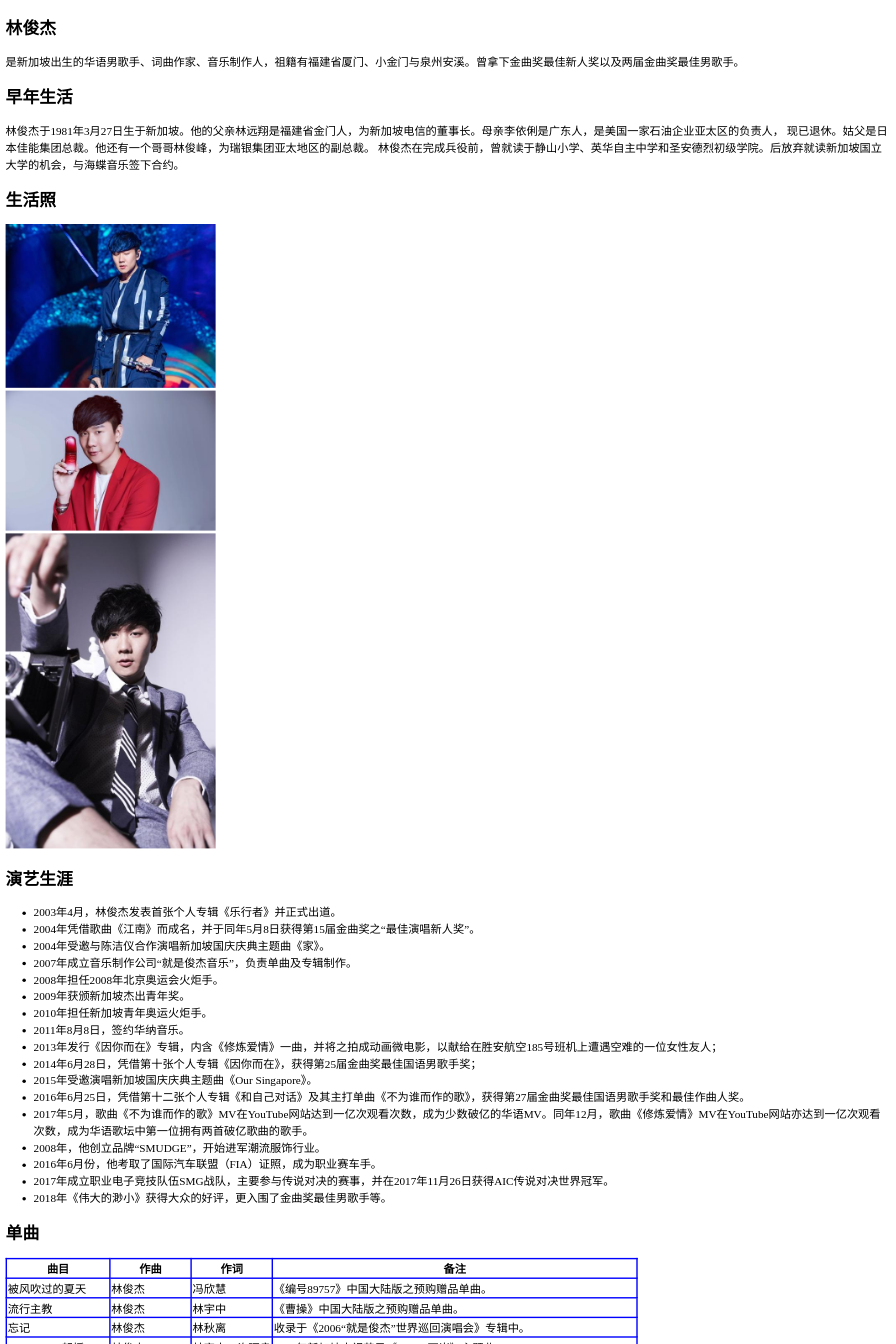
Repository: chenguocan/html_work
Page: html_work.html
These files come from the project's save history. The page is drawn as it stood at one moment and after the next save; the edit follows.
The browser window is 1280 px wide. The pictures show the part of the page from y = 0 to 1920 px (the page is 2874 px tall before and 2906 px after), at 70% of full size.

Above is the page before, as saved 2020-06-26 10:48:54.

After the next save:
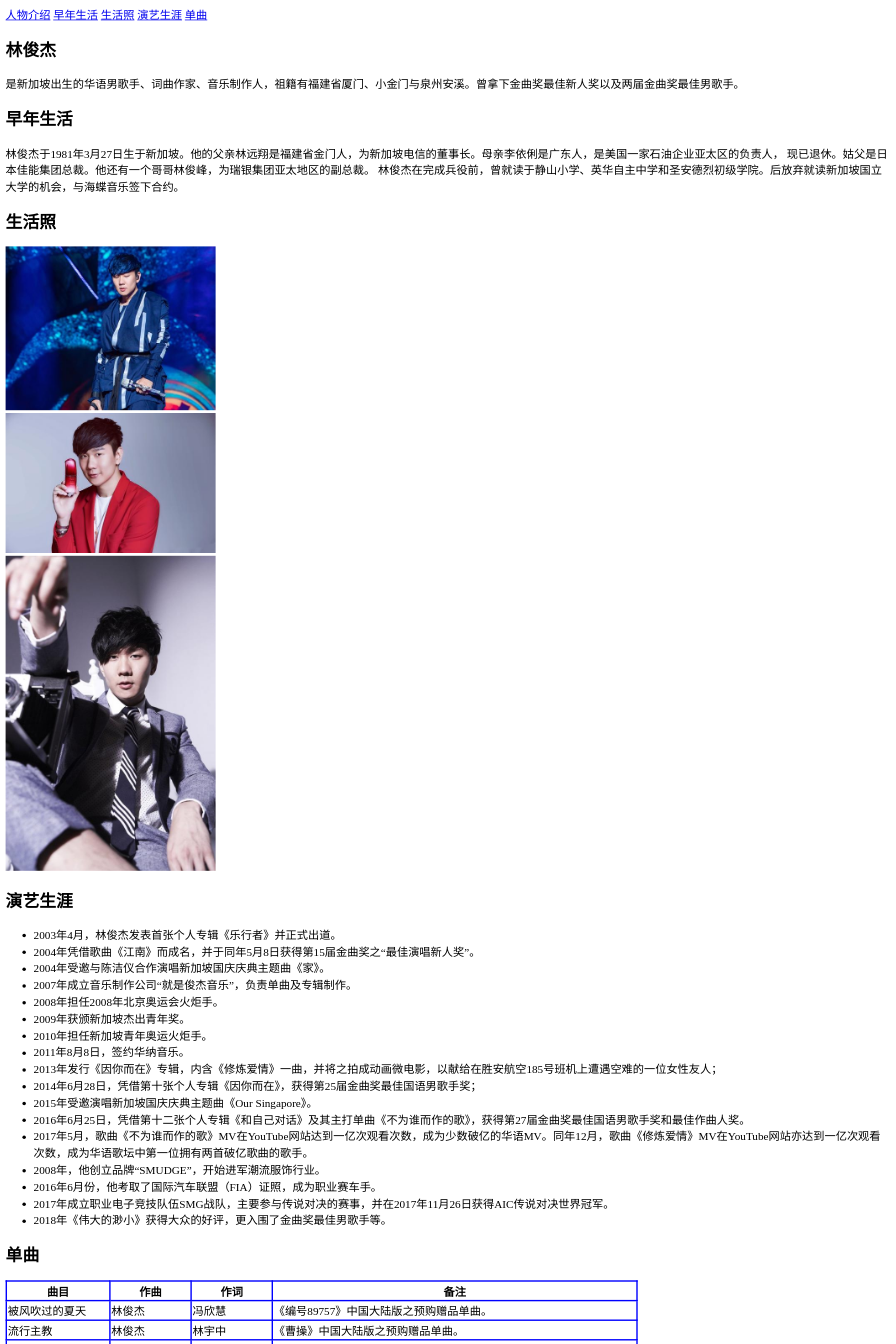
Saved 12 min 49 s later.
--- a/html_work.html
+++ b/html_work.html
@@ -24,21 +24,26 @@
   </head>
   <body>
     <section>
-      <h1>林俊杰</h1>
+      <a href="#name">人物介绍</a>
+      <a href="#life">早年生活</a>
+      <a href="#picture">生活照</a>
+      <a href="#action">演艺生涯</a>
+      <a href="#music">单曲</a>
+      <h1 id="name">林俊杰</h1>
       <p>
         是新加坡出生的华语男歌手、词曲作家、音乐制作人，祖籍有福建省厦门、小金门与泉州安溪。曾拿下金曲奖最佳新人奖以及两届金曲奖最佳男歌手。
       </p>
-      <h2>早年生活</h2>
+      <h2 id="life">早年生活</h2>
       <p>
         林俊杰于1981年3月27日生于新加坡。他的父亲林远翔是福建省金门人，为新加坡电信的董事长。母亲李依俐是广东人，是美国一家石油企业亚太区的负责人，
         现已退休。姑父是日本佳能集团总裁。他还有一个哥哥林俊峰，为瑞银集团亚太地区的副总裁。
         林俊杰在完成兵役前，曾就读于静山小学、英华自主中学和圣安德烈初级学院。后放弃就读新加坡国立大学的机会，与海蝶音乐签下合约。
       </p>
-      <h2>生活照</h2>
+      <h2 id="picture">生活照</h2>
       <div><img src="./images/jj1.jpg" alt="图片1" width="300" /></div>
       <div><img src="./images/jj2.jpg" alt="图片2" width="300" /></div>
       <div><img src="./images/jj3.jpg" alt="图片3" width="300" /></div>
-      <h2>演艺生涯</h2>
+      <h2 id="action">演艺生涯</h2>
       <ul>
         <li>2003年4月，林俊杰发表首张个人专辑《乐行者》并正式出道。</li>
         <li>
@@ -72,7 +77,7 @@
           2018年《伟大的渺小》获得大众的好评，更入围了金曲奖最佳男歌手等。
         </li>
       </ul>
-      <h2>单曲</h2>
+      <h2 id="music">单曲</h2>
       <table>
         <thead>
           <tr>
@@ -227,7 +232,7 @@
           </tr>
         </tbody>
       </table>
-      <h2>音乐电影</h2>
+      <h2 id="movie">音乐电影</h2>
       <ol>
         <li>
           《杀手》（领衔主演：林俊杰、杨俐思（Liz），导演：比尔贾，片长：25分钟，2007年）[16]
